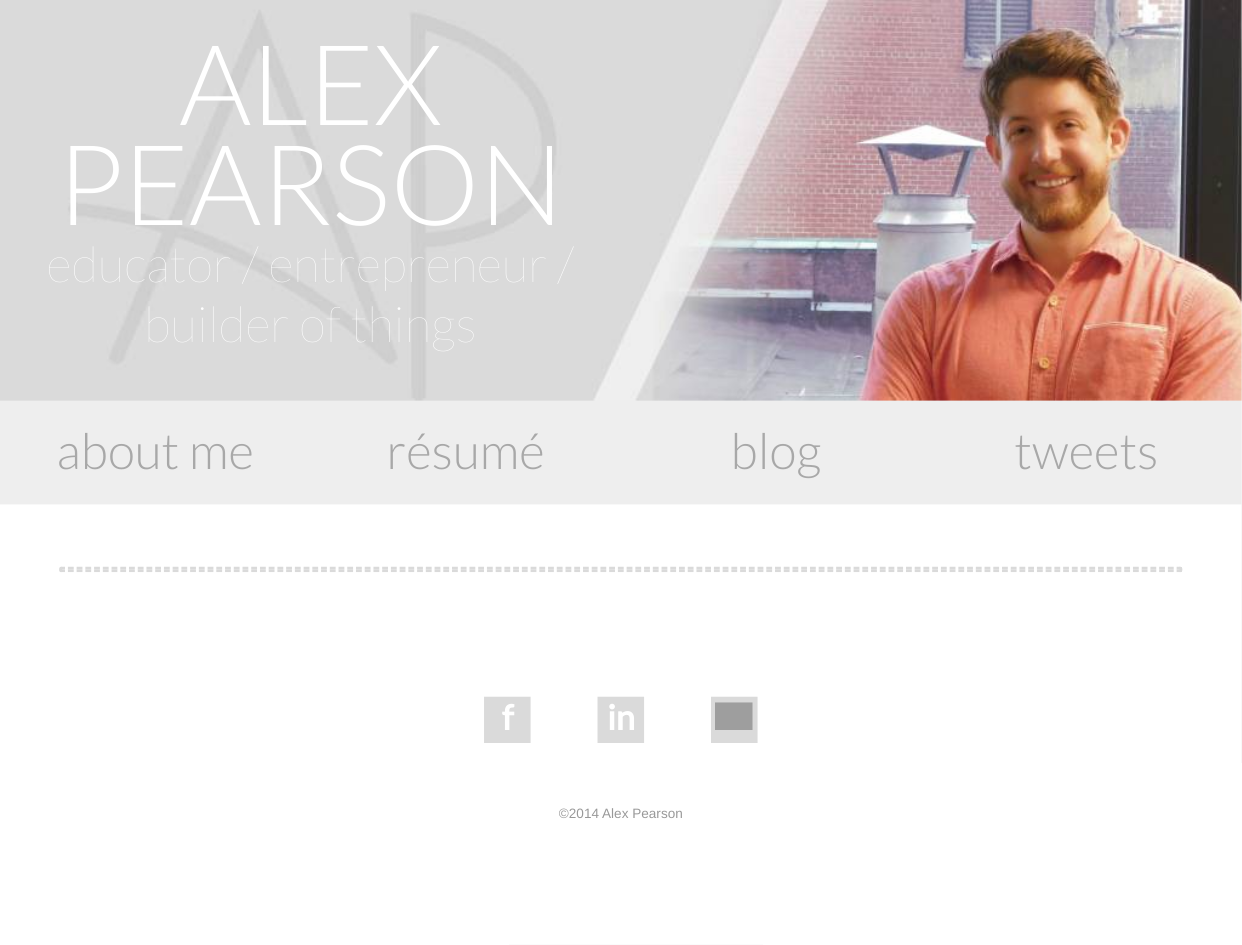
Repository: NAlexPear/personal-page
Page: blog/index.html
The author's editor kept a record of every edit. The page is drawn from the files as they stood at one moment, then again after the next edit.
The browser window is 1280 px wide. The pictures show the whole page, at 97% of full size.
Pictures or frames that could not be fetched are drawn as grey boxes.

Above is the page before.

### blog/index.html
<!DOCTYPE html>
<html lang="en-us">

<head>
<meta charset="utf-8">
<!-- Set the viewport width to device width for mobile -->
<meta name="viewport" content="width=device-width, initial-scale=1, maximum-scale=1, user-scalable=0">
<link rel="shortcut icon" href="../theme/images/favicon.ico" type="image/x-icon">
<link rel="icon" href="../theme/images/favicon.ico" type="image/x-icon">
<title>Alex Pearson</title>
<!-- Included CSS Files -->
<link rel="stylesheet" href="../theme/css/maintemplate2.css">
<!-- IE Fix for HTML5 Tags -->
<!--[if lt IE 9]>
		<script src="http://html5shiv.googlecode.com/svn/trunk/html5.js"></script>
	<![endif]-->

<link rel="canonical" href="http://alexpear.com">
<link rel="shortlink" href="http://alexpear.com">

<link href='https://fonts.googleapis.com/css?family=Lato:100,300,400' rel='stylesheet' type='text/css'>

<!--Scripts below-->
<script type="text/javascript" src="../theme/js/analytics.js"></script>

</head>

<body>
    <div style="background-color: #EEEEEE;">
    <div class="topstuff">
        <img src="../theme/images/alexsmilin3.jpg" width="100%" height="auto"></img>
        <div class="splash">
            <div id="splashname">
                ALEX PEARSON
            </div>
            <div id="splashtag">
                educator / entrepreneur / builder of things
            </div>
        </div>
    </div>
        <ul id="navbubbles">
            <li id="about">
                <div class="navreact">
                    <a href="http://www.alexpear.com/about" title="About Alex" alt="About Alex">
                        <div>about me</div>
                    </a>
                </div>
            </li>
            <li id="resume">
                <div class="navreact">
                    <a href="http://alexpear.com/resume" title="Alex's Resume" alt="Alex's Resume">
                        <div>résumé</div>
                    </a>
                </div>
            </li>
            <li id="blog">
                <div class="navreact">
                    <a href="http://alexpear.com/blog" title="Alex's Blog" alt="Alex's Blog">
                        <div>blog</div>
                    </a>
                </div>
            </li>
            <li id="blog">
                <div class="navreact">
                    <a href="http://alexpear.com/tweets" title="Alex's Twitter Feed" alt="Alex's Tweets">
                        <div>tweets</div>
                    </a>
                </div>
            </li>
        </ul>
    </div>
    <div id="content-wrapper">
        <div id="content">
        </div>
    </div>

</body>
<footer>
    <div class="socialmedia">
        <ul id="socialmediabuttons">
            <li id="fb"><a href="https://www.facebook.com/alex.pearson.568" title="facebook">f</a></li>
            <li id="in"><a href="https://www.linkedin.com/pub/alex-pearson/a4/492/a16" title="linkedin">in</a></li>
            <li id="twit"><a href="https://twitter.com/NAlexPearson" title="twitter"><img src="http://i.imgur.com/KlB8yzw.png" width="80%"></a></li>

        </ul>
    </div>
    <div class="copyright">©2014 Alex Pearson</div>
</footer>

### theme/css/maintemplate2.css
html{
    -webkit-font-smoothing: antialised;
    margin:0;
}

body{
    background-color: rgb(255,255,255);
    margin:0;
}

p {
    font-family: georgia, "Times New Roman";
    font-size: 4vw;
    color: rgb(155,155,155);
}

a {
    text-decoration: none;
    color: rgba(100,100,100,0.7);
}

a:hover {
    color: rgba(100,100,100,1.0);
}

.topstuff{
    width: 100%;
}

.splash {
    width: 50%;
    position: absolute;
    margin-top: -30%;
}

#content-wrapper{
    width:90%;
    max-width: 2000px;
    margin-left:auto;
    margin-right:auto;
    margin-top: 5%;
    border: 0.3vw dashed #dadada;
    border-radius: 15px;
}

/*#content-wrapper:before {*/
/*  content:"";*/
/*  position:absolute;*/
 /* bottom:-20px; /* value = - border-top-width - border-bottom-width */
  /*left:40px; /* controls horizontal position */
/*  border-width:20px 20px 0;*/
/*  border-style:dashed;*/
/*  border-color:#5a8f00 transparent;*/
  /* reduce the damage in FF3.0 */
/*  display:block;*/
/*  width:0;*/
/*}*/

/*#content-wrapper:after {*/
/*  content:"";*/
/*  position:absolute;*/
/*  bottom:-13px; /* value = - border-top-width - border-bottom-width */
  /*left:47px; /* value = (:before left) + (:before border-left) - (:after border-left)
/*  border-width:13px 13px 0;*/
/*  border-style:dashed;*/
/*  border-color:#fff transparent;*/
  /* reduce the damage in FF3.0 */
/*  display:block;*/
/*  width:0;*/
/*}*/

#content{
    padding-left:1.5vw;
    padding-right:1.5vw;
}

#content p{
    font-size:3vw;
    font-family:'Lato', 'Helvetica', 'sans-serif';
    font-weight:300;
}

#content ul{
    font-family: 'Lato', 'Helvetica', 'sans-serif';
    font-size: 0.8em;
    opacity: 0.3;
}

#content a{
    border-bottom:0.2vw dotted;
}

#content a:hover{
    border-bottom:0.2vw solid;
}

.signature{
    width:40%;
    height:auto;
    margin-left:auto;
    margin-right:auto;
    margin-top:-2%;
}

.signature img{
    margin-left:27%;
    width:40%;
    height:14vw;
    margin-bottom:0;
    opacity: 0.1;
    border: 0.3vw solid #59556a;
    border-radius:50%;
}

.signature h1{
    font-family: 'Shadows Into Light', 'cursive';
    font-size: 7vw;
    font-weight:300;
    margin-left:29%;
    margin-top:-23%;
    padding-top:0;
    color:#59556a;
}

#splashname{
    position:relative;
    font-family: 'Lato', "sans-serif";
    text-align: center;
    font-weight: 300;
    font-size:9vw;
    line-height:90%;
    padding-bottom: 0vw;
    color: rgb(255,255,255);
}

#splashtag{
    position:relative;
    font-family:'Lato',"Sans-Serif";
    font-size:4vw;
    font-weight: 100;
    color: rgb(255,255,255);
    text-align: center;
}

#navbubbles{
    list-style-type:none;
    display:table;
    table-layout:fixed;
    width: 100%;
    padding-bottom: 2vw;
    padding-left: 0px;
}

#navbubbles li{
    display: table-cell;
    text-align: center;
    font-family: 'Lato', "Sans-Serif";
    font-size: 4vw;
    font-weight: 300;
    color:#ffffff;;
}

.navreact a{

   color:#A8A8A8;
  -o-transition:.5s color;
  -ms-transition:.5s color;
  -moz-transition:.5s color;
  -webkit-transition:.5s color;
   transition: .5s color;
}

.navreact a:hover{
    color: #51504f;
}




.socialmedia{
    margin-top: 10%;
}

footer ul { list-style: none; margin: 0 auto; overflow: hidden; padding: 0; width: 50%; min-width:200px; max-width:350px;
    margin-left: auto;
    margin-right: auto;
    display: table;
    table-layout:fixed;
}
footer ul li {display: table-cell; font-family: lato, "sans-serif"; font-size: 2.2em; font-weight: bold;}
footer ul li:last-child {margin-right: 0; }
footer ul li a { background: #DADADA; display:block; color: #fff; overflow: hidden; text-decoration: none; -webkit-transition: all .3s ease; width: 48px; height: 48px;margin-left:auto;margin-right:auto;}
footer ul li a:hover, footer ul li a:focus, footer ul li a:active { background: #51504f; color: #fff; }

#socialmediabuttons {
    text-align: center;
    /*direction:ltr;*/
}

#in{
    font-weight: bolder;
}

.copyright {
    margin-top:5%;
    margin-bottom:10%;
    text-align: center;
    font-family: helvetica, "Sans-Serif";
    font-size: 14px;
    opacity: 0.4;
}

### theme/js/analytics.js
(function(i,s,o,g,r,a,m){i['GoogleAnalyticsObject']=r;i[r]=i[r]||function(){(i[r].q=i[r].q||[]).push(arguments)},i[r].l=1*new Date();a=s.createElement(o),m=s.getElementsByTagName(o)[0];a.async=1;a.src=g;m.parentNode.insertBefore(a,m)})(window,document,'script','//www.google-analytics.com/analytics.js','ga');ga('create','UA-56023800-1','auto');ga('send','pageview');

After the next edit:
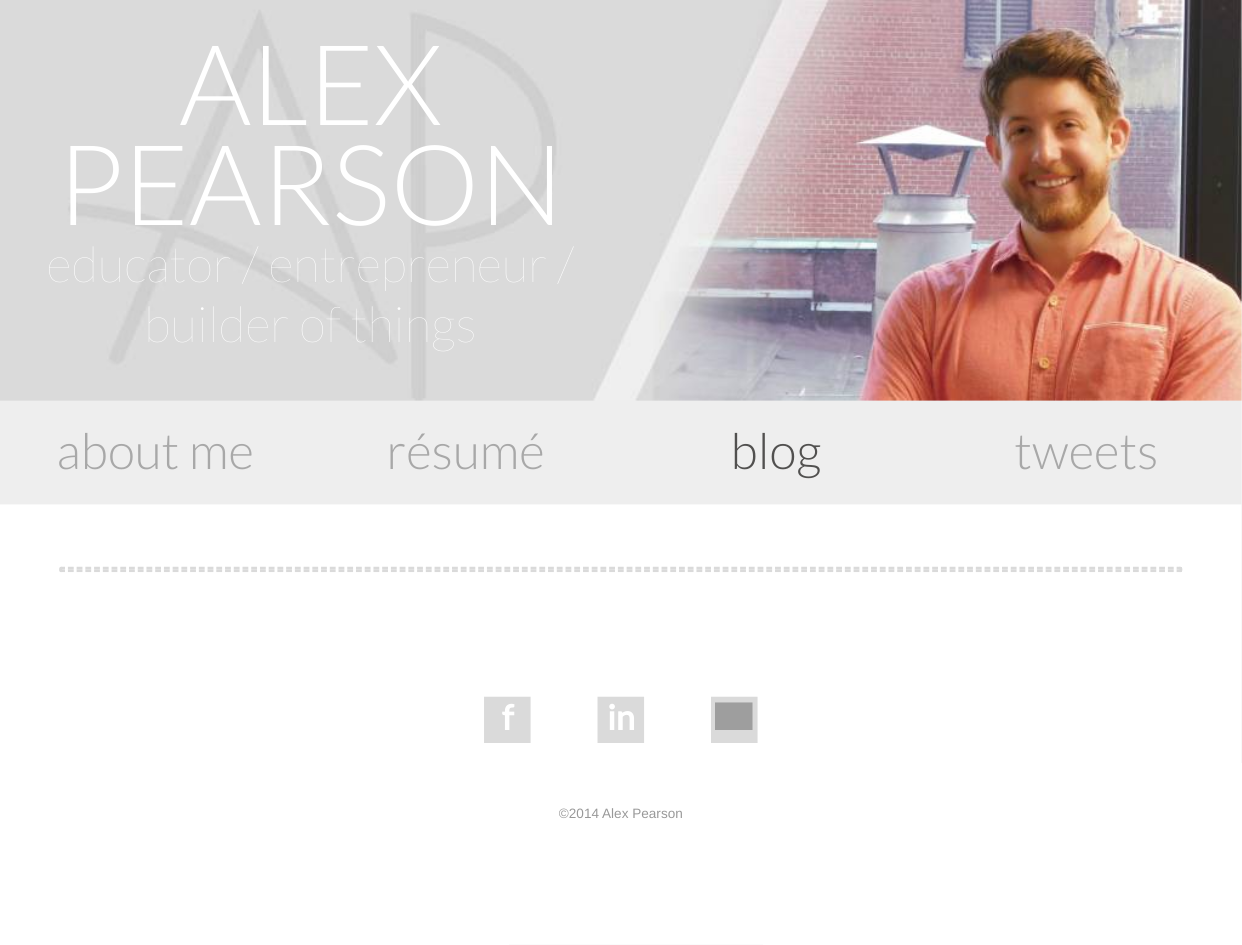
The edit:
--- a/blog/index.html
+++ b/blog/index.html
@@ -56,7 +56,7 @@
             <li id="blog">
                 <div class="navreact">
                     <a href="http://alexpear.com/blog" title="Alex's Blog" alt="Alex's Blog">
-                        <div>blog</div>
+                        <div style="color:#51504f;">blog</div>
                     </a>
                 </div>
             </li>
